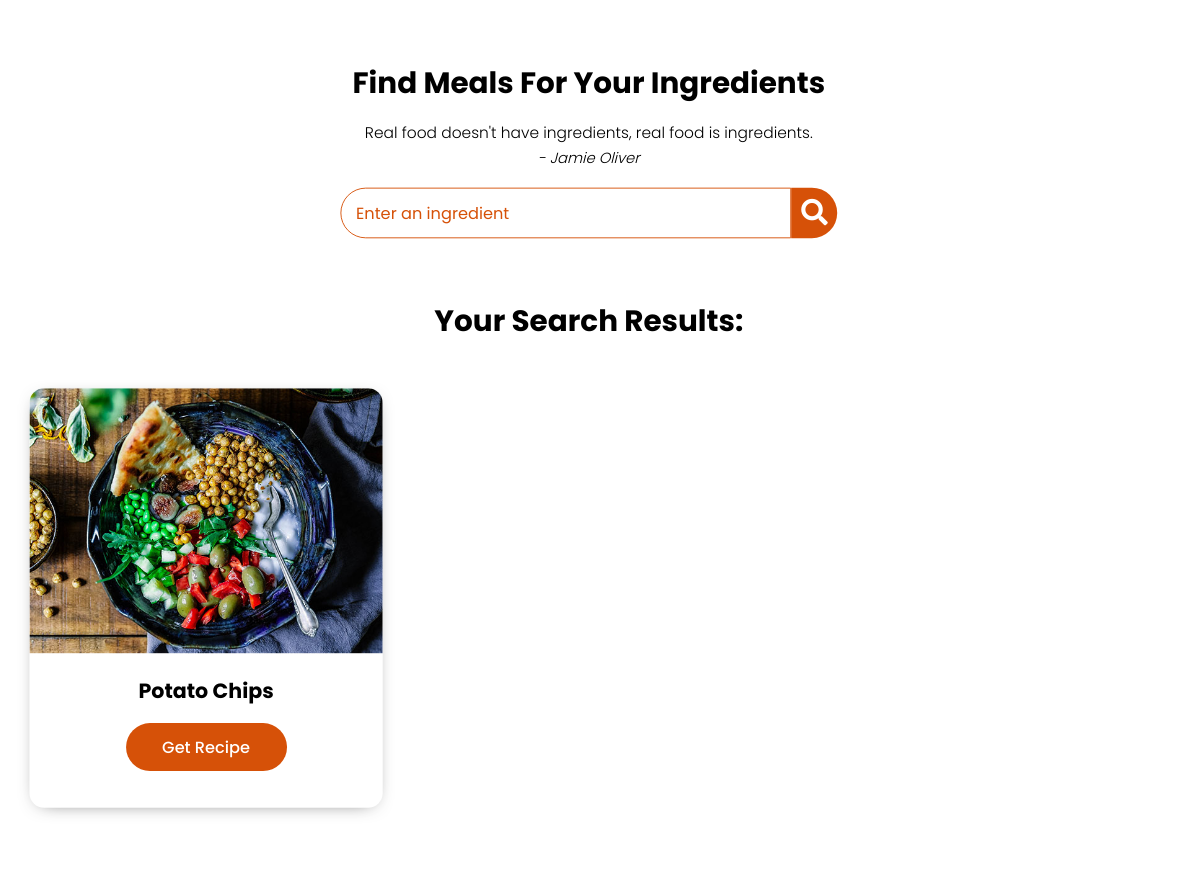
Repository: andrewhuynh561/javascipt
Page: Day 1/index.html
An editor plug-in stored every save of this project. The page is shown before and after the next save, followed by the edit.
The browser window is 1280 px wide. The pictures show the whole page, at 92% of full size.

Above is the page before, as saved 2023-05-18 18:58:23.
Not found: Day 1/script.js

After the next save:
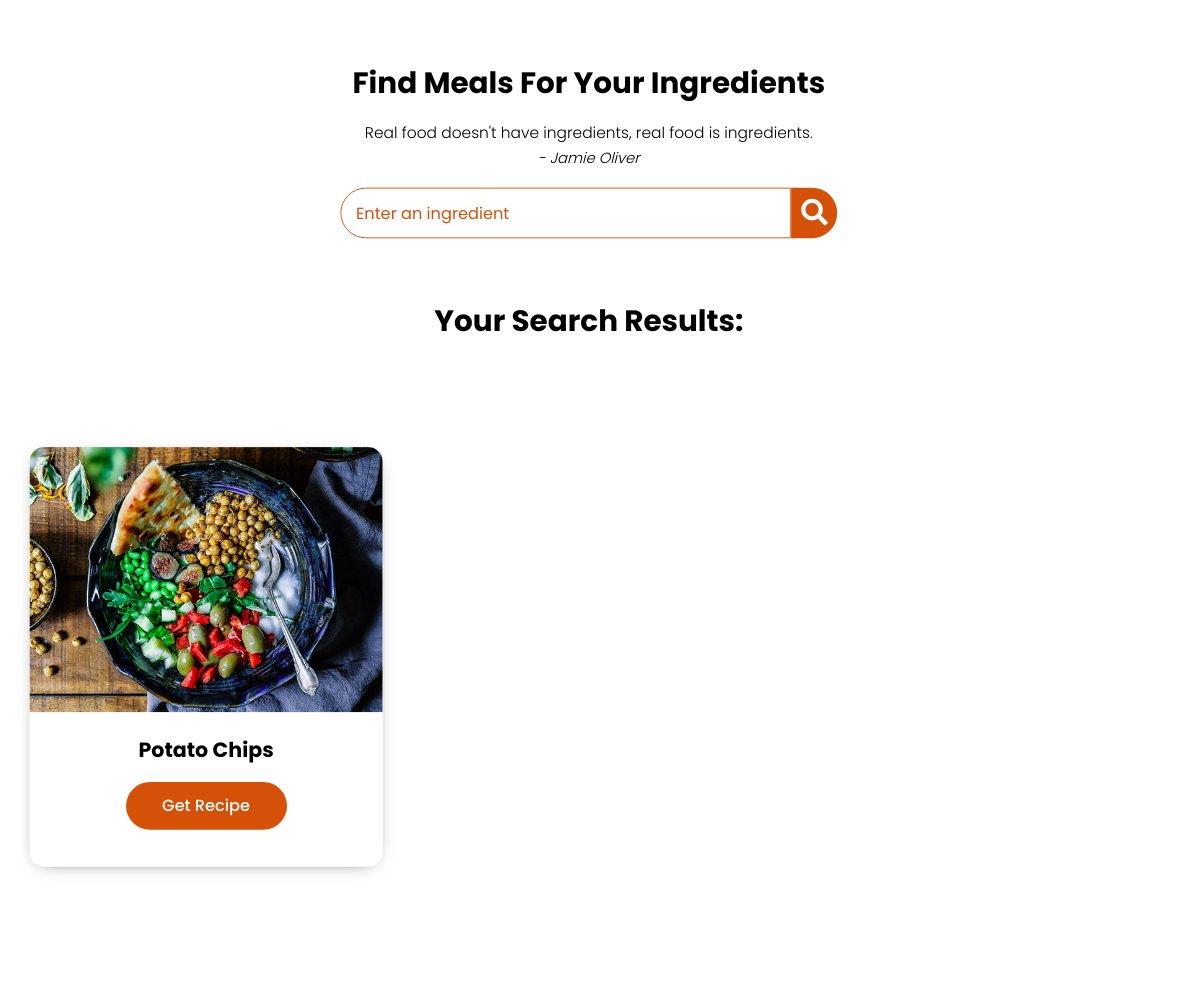
Saved 4 s later.
--- a/Day 1/style.css
+++ b/Day 1/style.css
@@ -92,7 +92,7 @@ body{
     margin-top: 4rem;
 }
 #meal{
-    margin: 3rem 0;
+    margin: 7rem 0;
 }
 .meal-item{
     border-radius: 1rem;
